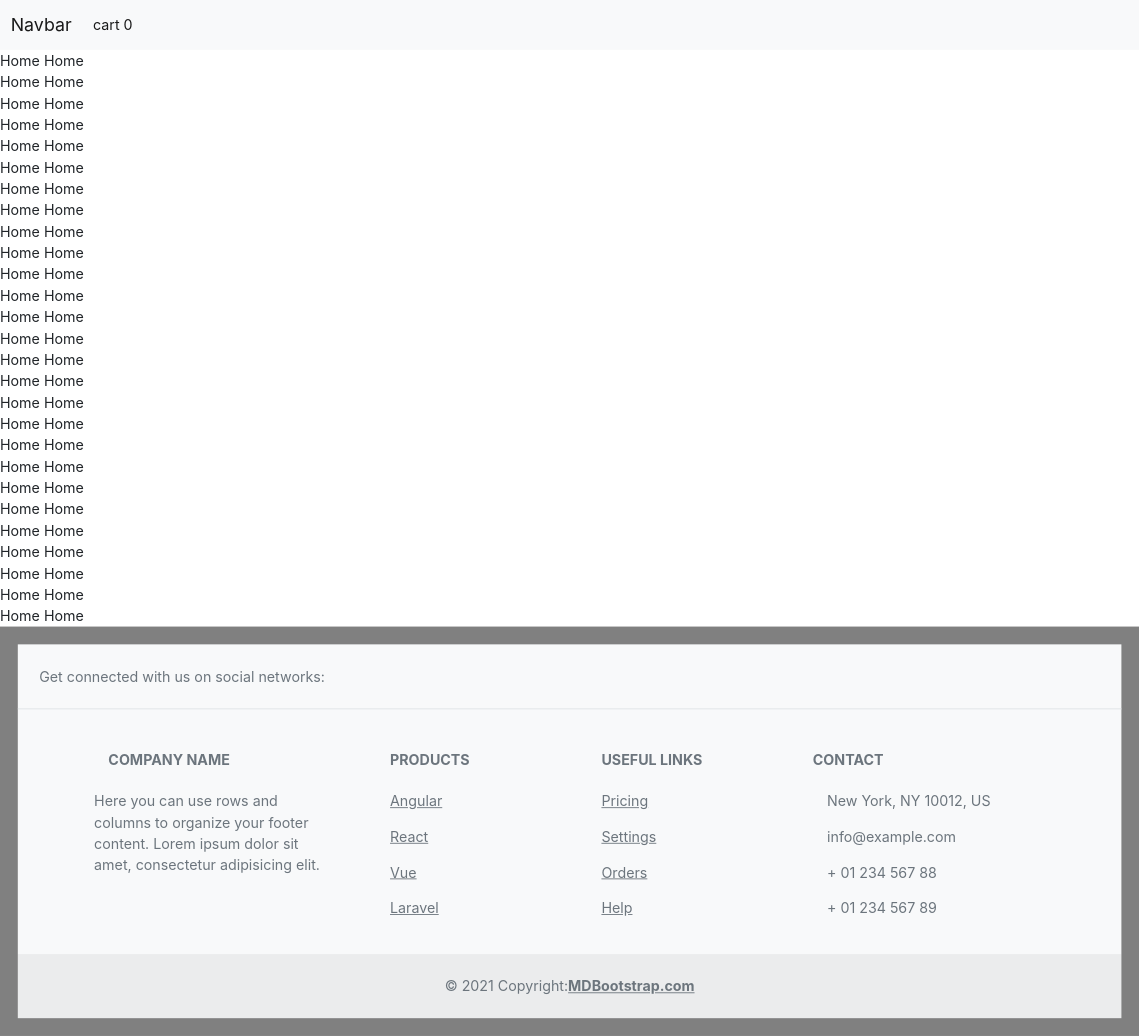
Repository: lausuarez02/eCommerceFull
Page: / (app in frontEnd/front/)
An editor plug-in stored every save of this project. The page is shown before and after the next save, followed by the edit.
The browser window is 1280 px wide. The pictures show the whole page, at 89% of full size.
The project was rebuilt for these pictures with package versions that can differ from the ones it lists, and the page was loaded fresh each time. Also part of the build but not shown: frontEnd/front/src/App.css, frontEnd/front/src/components/Product.js, frontEnd/front/src/components/Card.js.

Above is the page before, as saved 2021-07-15 19:56:52.

After the next save:
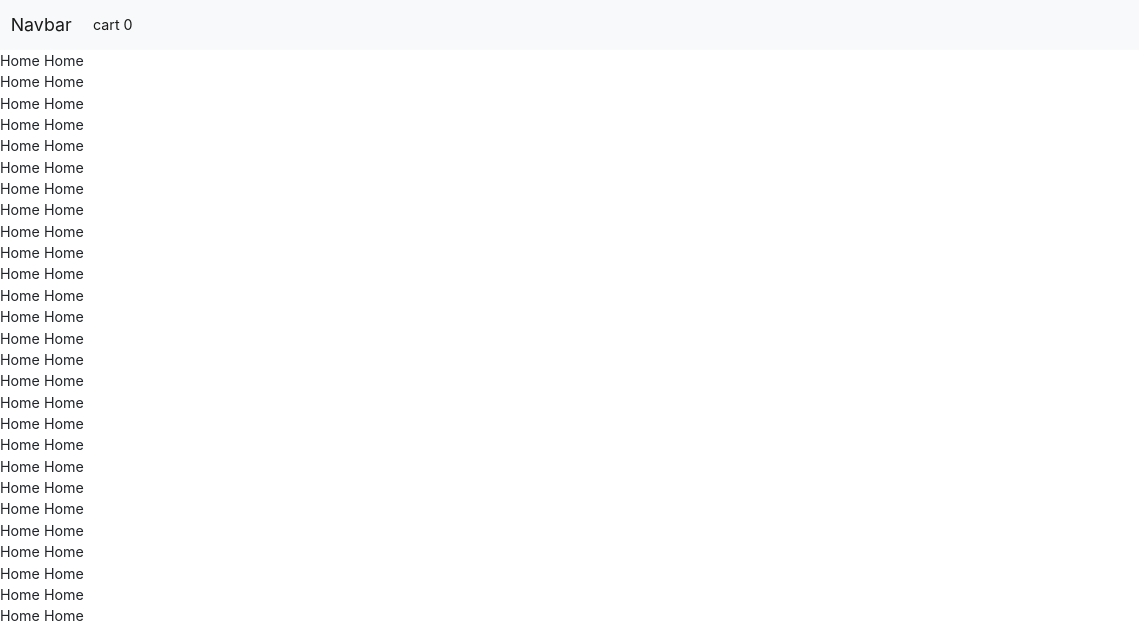
Saved 15 s later.
--- a/frontEnd/front/src/components/HomeScreen.js
+++ b/frontEnd/front/src/components/HomeScreen.js
@@ -176,124 +176,7 @@ const HomeScreen = () => {
 
         </div>
 
-        <div style={{ backgroundColor: "grey",
 
-    bottom: 0,
-    width: "100%",
-    padding: "20px"}}>
-
-        <footer class="text-center text-lg-start bg-light text-muted">
-
-  <section
-    class="d-flex justify-content-center justify-content-lg-between p-4 border-bottom"
-  >
-
-    <div class="me-5 d-none d-lg-block">
-      <span>Get connected with us on social networks:</span>
-    </div>
-
-    <div>
-      <a href="" class="me-4 text-reset">
-        <i class="fab fa-facebook-f"></i>
-      </a>
-      <a href="" class="me-4 text-reset">
-        <i class="fab fa-twitter"></i>
-      </a>
-      <a href="" class="me-4 text-reset">
-        <i class="fab fa-google"></i>
-      </a>
-      <a href="" class="me-4 text-reset">
-        <i class="fab fa-instagram"></i>
-      </a>
-      <a href="" class="me-4 text-reset">
-        <i class="fab fa-linkedin"></i>
-      </a>
-      <a href="" class="me-4 text-reset">
-        <i class="fab fa-github"></i>
-      </a>
-    </div>
-
-  </section>
-
-  <section class="">
-    <div class="container text-center text-md-start mt-5">
-
-      <div class="row mt-3">
-
-        <div class="col-md-3 col-lg-4 col-xl-3 mx-auto mb-4">
-
-          <h6 class="text-uppercase fw-bold mb-4">
-            <i class="fas fa-gem me-3"></i>Company name
-          </h6>
-          <p>
-            Here you can use rows and columns to organize your footer content. Lorem ipsum
-            dolor sit amet, consectetur adipisicing elit.
-          </p>
-        </div>
-
-        <div class="col-md-2 col-lg-2 col-xl-2 mx-auto mb-4">
-
-          <h6 class="text-uppercase fw-bold mb-4">
-            Products
-          </h6>
-          <p>
-            <a href="#!" class="text-reset">Angular</a>
-          </p>
-          <p>
-            <a href="#!" class="text-reset">React</a>
-          </p>
-          <p>
-            <a href="#!" class="text-reset">Vue</a>
-          </p>
-          <p>
-            <a href="#!" class="text-reset">Laravel</a>
-          </p>
-        </div>
-
-        <div class="col-md-3 col-lg-2 col-xl-2 mx-auto mb-4">
-
-          <h6 class="text-uppercase fw-bold mb-4">
-            Useful links
-          </h6>
-          <p>
-            <a href="#!" class="text-reset">Pricing</a>
-          </p>
-          <p>
-            <a href="#!" class="text-reset">Settings</a>
-          </p>
-          <p>
-            <a href="#!" class="text-reset">Orders</a>
-          </p>
-          <p>
-            <a href="#!" class="text-reset">Help</a>
-          </p>
-        </div>
-
-        <div class="col-md-4 col-lg-3 col-xl-3 mx-auto mb-md-0 mb-4">
-        <h6 class="text-uppercase fw-bold mb-4">
-            Contact
-          </h6>
-          <p><i class="fas fa-home me-3"></i> New York, NY 10012, US</p>
-          <p>
-            <i class="fas fa-envelope me-3"></i>
-            info@example.com
-          </p>
-          <p><i class="fas fa-phone me-3"></i> + 01 234 567 88</p>
-          <p><i class="fas fa-print me-3"></i> + 01 234 567 89</p>
-        </div>
-
-      </div>
-
-    </div>
-  </section>
-
-  <div class="text-center p-4" style={{backgroundColor: "rgba(0, 0, 0, 0.05)"}}>
-    © 2021 Copyright:
-    <a class="text-reset fw-bold" href="https://mdbootstrap.com/">MDBootstrap.com</a>
-  </div>
-
-</footer>
-</div>
 </div>
 
     )
